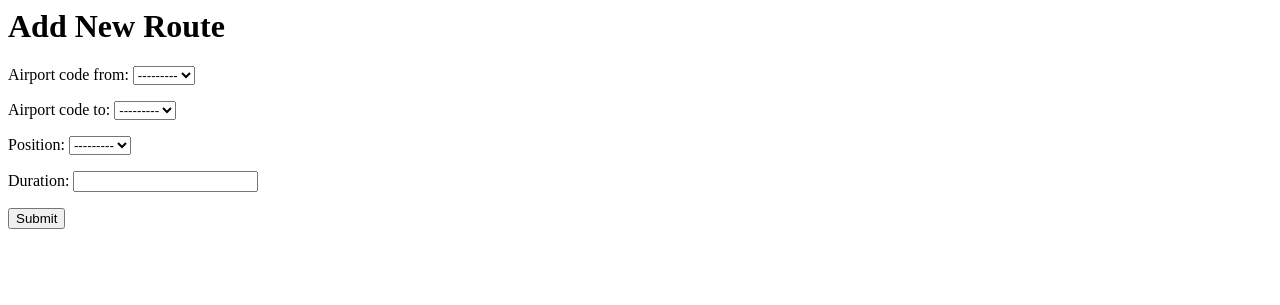
Repository: SNEHASURESH003/flight_system
Page: http://localhost/
These files come from the project's save history. The page is drawn as it stood at one moment and after a run of saves; the edit follows.
The browser window is 1280 px wide. The pictures show the whole page.
The page is served by the project's application, run on Django 5.2 (manage.py). Queries for data that is not in the repository find no rows.

Above is the page before, as saved 2026-01-19 22:00:20.

After the next 2 saves:
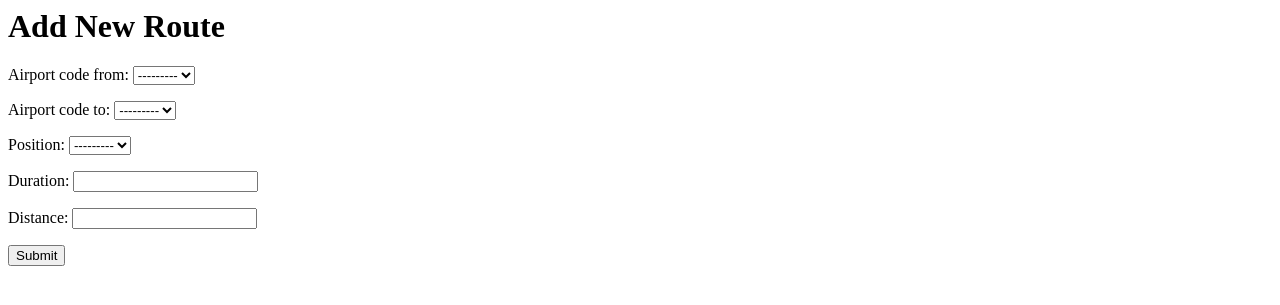
The 2 saves are shown as one change because they came seconds apart.
The last was saved 22 s later.
--- a/airport/airport_route/forms.py
+++ b/airport/airport_route/forms.py
@@ -4,7 +4,7 @@ from .models import Route
 class RouteForm(forms.ModelForm):
     class Meta:
         model = Route
-        fields = ['airport_code_from', 'airport_code_to', 'position', 'duration']
+        fields = ['airport_code_from', 'airport_code_to', 'position', 'duration', 'distance']
         widgets = {
             'duration': forms.TimeInput(format='%H:%M:%S'),
         }
